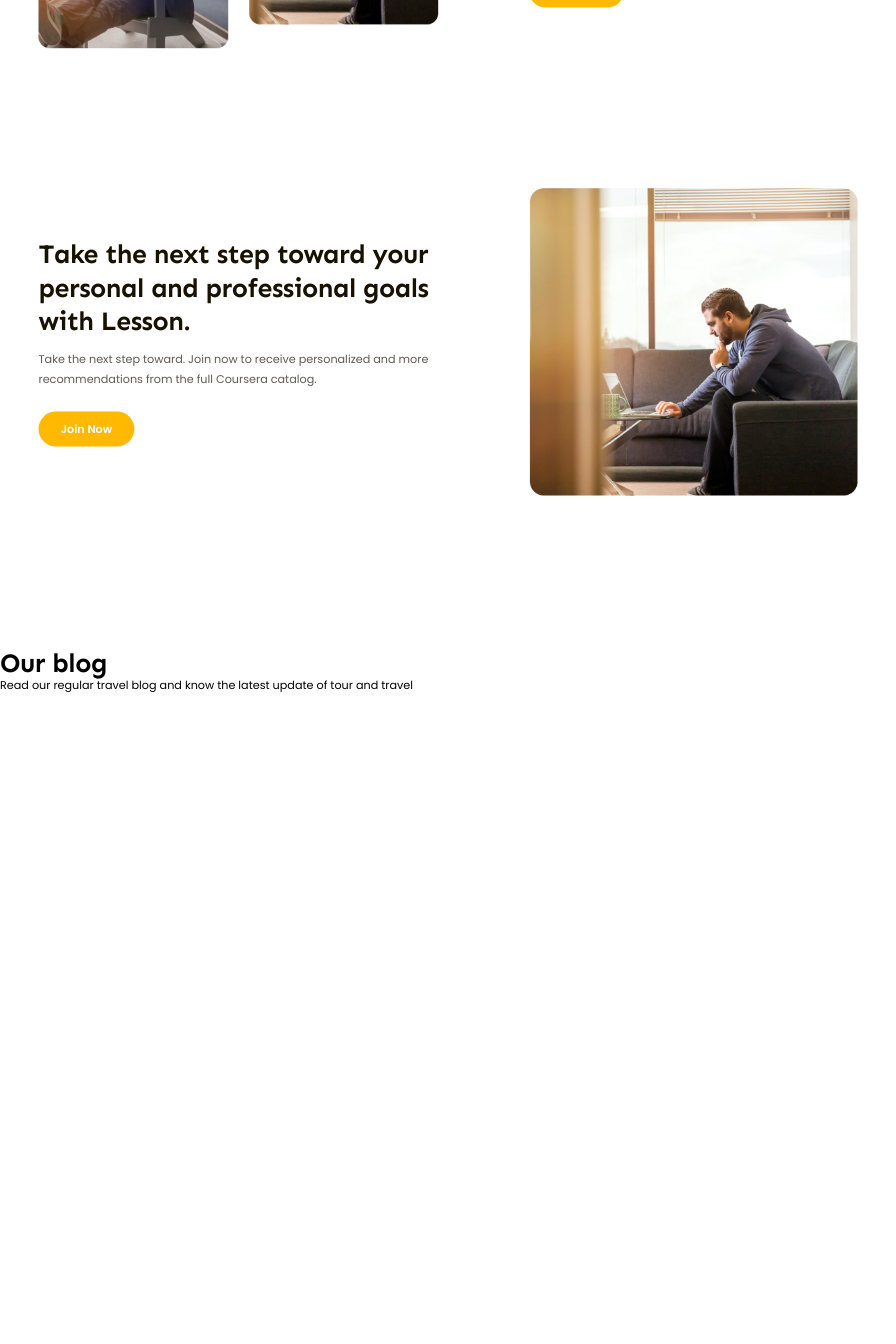
Repository: Toihoclaptrinh/duan1_figma
Page: index.html
The author's editor kept a copy of each file at every save. The page is drawn from the files as they stood at one save, then again after the next save.
The browser window is 1280 px wide. The pictures show the part of the page from y = 2917 to 4837 px (the page is 10000 px tall), at 70% of full size.

Above is the page before, as saved 2024-02-17 02:28:52.

### index.html
<!DOCTYPE html>
<html lang="en">
  <head>
    <meta charset="UTF-8" />
    <meta name="viewport" content="width=device-width, initial-scale=1.0" />
    <!-- reset css -->
    <link rel="stylesheet" href="./assets/css/reset.css" />
    <!-- embet font -->
    <link rel="preconnect" href="https://fonts.googleapis.com" />
    <link rel="preconnect" href="https://fonts.gstatic.com" crossorigin />
    <link
      href="https://fonts.googleapis.com/css2?family=Poppins:ital,wght@0,400;0,500;0,600;0,700;1,400&family=Sen:wght@700&display=swap"
      rel="stylesheet"
    />

    <!-- style css -->
    <link rel="stylesheet" href="./assets/css/style.css" />

    <title>Figma</title>
  </head>
  <body style="height: 10000px">
    <!-- header -->
    <header class="header fixed">
      <div class="main-content">
        <div class="body">
          <!-- logo -->
          <img src="./assets/icon/Lesson..svg" alt="Lesson" />
          <!-- navigation -->
          <nav class="nav">
            <ul>
              <li class="active">
                <a href="#!">Home</a>
              </li>
              <li>
                <a href="#!">Courses</a>
              </li>
              <li>
                <a href="#!">Pricing</a>
              </li>
              <li>
                <a href="#!">Reviews</a>
              </li>
            </ul>
          </nav>
          <!-- btn action -->
          <div class="action">
            <a href="#!" class="btn btn-sign-up">Sign Up</a>
          </div>
        </div>
      </div>
    </header>

    <main>
       <!-- code phần hero -->
      <div class="hero">
        <div class="main-content">
          <div class="body">
            <!-- hero left -->
            <div class="media-block">
              <img
                src="./assets/img/guy-lesson 1.jpg"
                alt="ảnh minh họa"
                class="img"
              />
              <div class="hero-summary">
                <!-- item 1 -->
                <div class="item">
                  <div class="icon">
                    <img src="./assets/icon/Design.svg" alt="icon design" />
                  </div>
                  <div class="info">
                    <p class="label">20 Courses</p>
                    <p class="title">UI/UX Design</p>
                  </div>
                </div>
                <!-- item 2 -->
                <div class="item">
                  <div class="icon icon2">
                    <img src="./assets/icon/Dev.svg" alt="icon dev" />
                  </div>
                  <div class="info">
                    <p class="label">20 Courses</p>
                    <p class="title">Development</p>
                  </div>
                </div>
                <!-- item 3 -->
                <div class="item">
                  <div class="icon icon3">
                    <img src="./assets/icon/Mark.svg" alt="icon marketing" />
                  </div>
                  <div class="info">
                    <p class="label">30 Courses</p>
                    <p class="title">Marketing</p>
                  </div>
                </div>
              </div>
            </div>
              <!-- hero-right -->
              <div class="contain-block">
                <h1 class="heading">
                  Learn without limits and spread knowledge.
                </h1>
                <p class="desc">
                  Build new skills for that “this is my year” feeling with
                  courses, certificates, and degrees from world-class
                  universities and companies.
                </p>
                <div class="cta-group">
                  <a href="#!" class="btn">See Courses</a>
                  <button class="watch-video">
                    <div class="icon">
                      <img src="./assets/icon/Polygon 2.svg" alt="play video" />
                    </div>
                    <span>Watch Video</span>
                  </button>
                </div>
                <p class="desc descRecent">Recent engagement</p>
                <p class="desc descstrong" >
                  <strong>50K</strong> Students <strong>70+</strong> Courses
                </p>
              </div>
          </div>
        </div>
        </div>
      </div>
       <!-- code phần pupular -->
      <div class="popular">
        <div class="main-content">
          <div class="pupular-top">
            <!-- khối bên trái  -->
            <div class="info">
              <h2 class="heading-lv2">Our popular courses</h2>
              <p class="desc">Build new skills with new trendy courses and shine for the next future career.</p>
            </div>
              <div class="controls">
                <button class="control-btn">
                  <svg width="8" height="14" viewBox="0 0 8 14" fill="none" xmlns="http://www.w3.org/2000/svg">
                    <path d="M7 1L1 7L7 13" stroke="currentColor" stroke-linecap="round" stroke-linejoin="round"/>
                    </svg>
                </button>
                <button class="control-btn">
                  <svg width="8" height="14" viewBox="0 0 8 14" fill="none" xmlns="http://www.w3.org/2000/svg">
                    <path d="M1 1L7 7L1 13" stroke="currentColor" stroke-linecap="round" stroke-linejoin="round"/>
                    </svg>
                </button>
              </div>
          </div>
          <div class="courses-list">
            <!-- khối thứ 1  -->
            <div class="courses-item">
              <a href="#!"><img src="./assets/img/thumb.jpg" alt="Basic web design" class="thumb"></a>
              <div class="info">
                <div class="head">
                  <h3 class="title"><a href="#!">Basic web design</a></h3>
                  <div class="rating">
                      <img src="./assets/icon/Star.svg" alt="star" class="star">
                      <span class="value">4.5</span>
                   </div>
                </div>

              <div class="desc">
                <p>Get the best course, gain knowledge and shine for your future career.</p>
              </div>
              <div class="foot">
                <span class="price">$120.75</span>
                <button class="btn">Book Now</button>
              </div>
            </div>
          </div>
            <!-- khối thứ 2 -->
            <div class="courses-item">
             <a href="#!"> <img src="./assets/img/thum2.jpg" alt="UI/UX design" class="thumb"></a>
              <div class="info">
                <div class="head">
                  <h3 class="title"><a href="#!">UI/UX design</a></h3>
                  <div class="rating">
                    <img src="./assets/icon/Star.svg" alt="star" class="star">
                      <span class="value">4.5</span>
                   </div>
                </div>

              <div class="desc">
                <p>Get the best course, gain knowledge and shine for your future career.</p>
              </div>
              <div class="foot">
                <span class="price">$120.75</span>
                <button class="btn">Book Now</button>
              </div>
            </div>
          </div>
            <!-- khối thứ 3 -->
            <div class="courses-item">
              <a href="#!"><img src="./assets/img/thumb3.png" alt="Web App design" class="thumb"></a>
              <div class="info">
                <div class="head">
                  <h3 class="title"><a href="#!">Web App design</a></h3>
                  <div class="rating">
                    <img src="./assets/icon/Star.svg" alt="star" class="star">
                      <span class="value">4.5</span>
                   </div>
                </div>
                <div class="desc">
                  <p>Get the best course, gain knowledge and shine for your future career.</p>
                </div>
                <div class="foot">
                  <span class="price">$120.75</span>
                  <button class="btn">Book Now</button>
                </div>
            </div>
          </div>
        </div>
        </div>
    </div>
      <!-- code phần feedback -->
    <div class="feedback">
        <div class="main-content">
          <div class="feedback-list">
            <!-- item 1 -->
            <div class="feedback-items">
              <!-- khối bên trái -->
                <div class="info">
                  <img src="./assets/img/avatar.jpg" alt="avatar" class="avatar">
                  <p class="name">Peter Moor</p>
                  <p class="desc">Student of Web Design</p>
                  <div class="dots">
                    <span class="dot active"></span>
                    <span class="dot"></span>
                    <span class="dot"></span>
                  </div>
                </div>
                <!-- khối bên phải -->
                <div class="describe">
                  <img src="./assets/icon/quotes.svg" alt="quotes" class="quotes">
                  <p class="desc"> Not only does my resume look impressive—filled with the names and logos of
                    world-class institutions—but these certificates also bring me closer to my career goals by
                    validating the skills I've learned." </p>
                </div>
            </div>
            <!-- item 2 -->
            <div class="feedback-items">
              <!-- khối bên trái -->
                <div class="info">
                  <img src="./assets/img/avatar.jpg" alt="avatar" class="avatar">
                  <p class="name">Peter Moor</p>
                  <p class="desc">Student of Web Design</p>
                  <div class="dots">
                    <span class="dot"></span>
                    <span class="dot active"></span>
                    <span class="dot"></span>
                  </div>
                </div>
                <!-- khối bên phải -->
                <div class="describe">
                  <img src="./assets/icon/quotes.svg" alt="quotes" class="quotes">
                  <p class="desc"> Not only does my resume look impressive—filled with the names and logos of
                    world-class institutions—but these certificates also bring me closer to my career goals by
                    validating the skills I've learned." </p>
                </div>
            </div>
            <!-- item 3 -->
            <div class="feedback-items">
              <!-- khối bên trái -->
                <div class="info">
                  <img src="./assets/img/avatar.jpg" alt="avatar" class="avatar">
                  <p class="name">Peter Moor</p>
                  <p class="desc">Student of Web Design</p>
                  <div class="dots">
                    <span class="dot"></span>
                    <span class="dot"></span>
                    <span class="dot active"></span>
                  </div>
                </div>
                <!-- khối bên phải -->
                <div class="describe">
                  <img src="./assets/icon/quotes.svg" alt="quotes" class="quotes">
                  <p class="desc"> Not only does my resume look impressive—filled with the names and logos of
                    world-class institutions—but these certificates also bring me closer to my career goals by
                    validating the skills I've learned." </p>
                </div>
            </div>
          </div>
        </div>
    </div>
    <div class="features">
      <div class="main-content">
        <div class="body">
          <div class="images">
            <img class="lower" src="./assets/img/features1.jpg" alt="minh họa">
            <img class="upper" src="./assets/img/features2.jpg" alt="minh họa">
          </div>
        <div class="contain">
          <h2 class="heading-lv2">Learner outcomes through our awesome platform</h2>
          <p class="desc">87% of people learning for professional development report career benefits like
            getting a promotion, a raise, or starting a new career.</p>
          <p class="desc">Lesson Impact Report (2022)</p>
          <a href="" class="btn">Sign Up</a>
        </div>
      </div>
      </div>
    </div>
    <div class="features2">
      <div class="main-content">
        <div class="body">
          <div class="content">
            <h2 class="f-heading">Take the next step toward your personal and professional goals with Lesson.</h2>
            <p class="desc">Take the next step toward. Join now to receive personalized  and more recommendations from the full Coursera catalog.</p>
            <a href="" class="btn">Join Now</a>
          </div>
          <img src="./assets/img/Rectangle 11.jpg" alt="minh họa" class="left-img">
        </div>
      </div>
    </div>
    <div class="blogs">
      <div class="blog-top">
        <h2 class="heading-lv2">Our blog</h2>
        <p class="desc">Read our regular travel blog and know the latest update of tour and travel</p>
      </div>
    </div>
    </main>
  </body>
</html>

### assets/css/style.css
/* font
 font-family: 'Poppins', sans-serif;
font-family: 'Sen', sans-serif;
 */

/* Phần code chung */

:root {
  --font-heading: "Sen", sans-serif;
  --primary-color: #ffb900;
}

* {
  box-sizing: border-box;
}
html {
  font-size: 62.5%;
}
body {
  font-size: 1.6rem;
  font-family: "Poppins", sans-serif;
}

a {
  text-decoration: none;
}

.heading-lv2 {
  font-family: var(--font-heading);
  font-size: 3.8rem;
  font-weight: 700;
  line-height: 1.27;
  letter-spacing: -0.76px;
}

/* code phần khối giao diện */
.main-content {
  width: 1170px;
  margin-left: auto;
  margin-right: auto;
  max-width: calc(100% - 48px);
}

/* Phần header */
.header {
  background: #fffcf4;
}
.header.fixed {
  position: sticky;
  /* phần phía trên sign up cách phía trên 8px cho bằng với phần bên dưới,nên để top -28px(36px-8),để âm 28 để cho phần
  thừa ra bị ẩn đi */
  top: -28px;
  z-index: 1;
}

.header .body {
  display: flex;
  align-items: center;
  padding: 36px 0px 8px;
}

.nav ul {
  display: flex;
}
.nav {
  margin-left: auto;
}

/* Thanh điều hướng */
.nav a {
  position: relative;
  color: #5f5b53;
  font-size: 1.6rem;
  padding: 8px 21px;
}

/* Dùng shadow tạo hiệu ứng in đậm khi hover  */
.nav li.active a,
.nav a:hover {
  color: #171100;
  text-shadow: 1px 0px 0px currentColor;
}

/* tạo dấu gạch chân dưới Home */
.nav li.active a::after {
  left: 21px;
  bottom: 6px;
  position: absolute;
  display: block;
  content: "";
  width: 12px;
  height: 2px;
  border-radius: 1px;
  background: #171100;
}

/* sign-up  */
.btn {
  display: inline-block;
  line-height: 50px;
  padding: 0 16px;
  min-width: 118px;
  color: #fff;
  text-align: center;
  font-weight: 600;
  border-radius: 999px;
  background: #171100;
}

.btn:hover {
  opacity: 0.9;
}

.header .btn-sign-up {
  min-width: 144px;
}

.header .action {
  margin-left: 49px;
}

/* phần hero  */

.hero {
  padding: 56px 0 65px;
  background-color: #fffcf4;
}

.hero .body {
  display: flex;
}

/* =========== hero left ================== */

.hero .media-block {
  width: 48%;
  position: relative;
}

.hero .media-block .img {
  width: 470px;
  height: 685px;
  object-fit: cover;
  border-radius: 20px;
}

.hero .hero-summary {
  width: 270px;
  padding: 24px;
  position: absolute;
  bottom: 48px;
  left: 300px;
  border-radius: 20px;
  background-color: #ffffff;
}

.hero-summary .item {
  display: flex;
  align-items: center;
}

.hero-summary .item + .item {
  margin-top: 22px;
}

.hero-summary .icon {
  width: 48px;
  height: 48px;
  border-radius: 50%;
  display: flex;
  justify-content: center;
  background-color: #fff9e8;
}

.hero-summary .icon2 {
  background-color: #fcefff;
}

.hero-summary .icon2 {
  background-color: #ebeaff;
}

.hero-summary .info {
  margin-left: 16px;
}

.hero-summary .info .label {
  font-size: 1.4rem;
  line-height: 1.86;
  color: #5f5b53;
}

.hero-summary .info .title {
  font-size: 1.4rem;
  color: #171100;
  line-height: 1.67;
  font-weight: 600;
}

/* =============== hero right ======= */

.hero .contain-block {
  width: 52%;
  padding-left: 130px;
  padding-top: 64px;
}

.hero .heading {
  color: #171100;
  font-family: var(--font-heading);
  font-size: 5.8rem;
  font-weight: 700;
  line-height: 1.17;
  letter-spacing: -1.16px;
}

.hero .desc {
  margin-top: 22px;
  font-size: 1.8rem;
  line-height: 1.67;
  color: #5f5b53;
}

.hero .cta-group {
  display: flex;
  margin-top: 38px;
  align-items: center;
}

.hero .btn {
  min-width: 180px;
  background-color: var(--primary-color);
  line-height: 64px;
}

.hero .watch-video {
  margin-left: 28px;
  border: none;
  background-color: transparent;
  display: flex;
  align-items: center;
  cursor: pointer;
}

.hero .watch-video .icon {
  width: 40px;
  height: 40px;
  background-color: #ffffff;
  border-radius: 40px;
  display: flex;
  align-items: center;
  justify-content: center;
  box-shadow: rgba(67, 71, 85, 0.27) 0px 0px 0.25em,
    rgba(90, 125, 188, 0.05) 0px 0.25em 1em;
}

.hero .watch-video span {
  margin-left: 14px;
  font-size: 1.8rem;
  font-weight: 600;
  line-height: 1.67;
}

.hero .descRecent {
  margin-top: 48px;
}

.hero .descstrong strong {
  font-family: var(--font-heading);
  font-size: 4.4rem;
  font-weight: 700;
  line-height: 1.23;
  color: #171100;
  margin-right: 15px;
}

.hero .descstrong {
  margin-top: 8px;
}

.hero .descstrong strong:nth-child(2) {
  margin-left: 28px;
}

.popular {
  padding: 65px 0px 55px;
  margin-top: 135px;
}

.pupular-top {
  display: flex;
  justify-content: space-between;
}

.pupular-top .desc {
  width: 458px;
  color: #5f5b53;
  font-size: 1.8rem;
  font-weight: 400;
  line-height: 1.67;
  margin-top: 16px;
}

.pupular-top .controls {
  display: flex;
  gap: 18px;
}

.pupular-top .control-btn {
  background-color: transparent;
  width: 40px;
  height: 40px;
  border: 1px solid var(--primary-color);
  border-radius: 50%;
  display: flex;
  justify-content: center;
  align-items: center;
  color: #ffb900;
}

.pupular-top .control-btn:hover {
  background-color: #ffb900;
  color: #ffffff;
  cursor: pointer;
}

.popular .courses-list {
  display: flex;
  margin-top: 55px;
  justify-content: space-between;
  gap: 30px;
}

.popular .courses-list .courses-item {
  flex: 1;
  max-width: 370px;
  height: 466px;
  border-radius: 12px;
  border: 1px solid #e2dfda;
}

.popular .courses-list .courses-item:hover {
  box-shadow: 0px 18px 36px 0px #0000000d;
  border: none;
}
.popular .courses-item .thumb {
  width: 100%;
  height: 278px;
  object-fit: cover;
}

.popular .courses-item .info {
  margin: 16px 22px 22px;
}

.popular .courses-item .head {
  display: flex;
  align-items: center;
  justify-content: space-between;
}

.popular .courses-item .title a {
  color: #171100;
  font-family: var(--font-heading);
  font-size: 1.8rem;
  font-weight: 600;
  line-height: 1.67;
}

.courses-item .head .value {
  font-size: 1.6rem;
  font-weight: 400;
  line-height: 1.75;
  color: #fea31b;
  margin-left: 6px;
}

.popular .courses-item .desc {
  font-size: 1.4rem;
  font-weight: 400;
  line-height: 1.86;
  color: #5f5b53;
  margin-top: 6px;
}

.popular .courses-item .foot {
  display: flex;
  align-items: center;
  justify-content: space-between;
  margin: 12px 0px 22px;
}

.popular .courses-item .foot .price {
  font-size: 1.8rem;
  font-weight: 600;
  line-height: 1.67;
}

.popular .courses-item .foot .btn {
  border: none;
}

.courses-item .foot .btn:hover {
  background-color: #ffb900;
  color: #ffffff;
  cursor: pointer;
}

/* code phần feedback */

.feedback {
  background-color: #2e2100;
  margin-top: 135px;
  padding: 96px 0px;
}

.feedback .feedback-list {
  display: flex;
  overflow: hidden;
}

.feedback .feedback-items {
  display: flex;
  flex-shrink: 0;
  max-width: 100%;
}

/* code khối bên trái */

/* .feedback .info {
  width: 159px;
} */

.feedback .info .avatar {
  border-radius: 50%;
  height: 72px;
  width: 72px;
  object-fit: cover;
}

.feedback .info .name {
  font-family: var(--font-heading);
  font-size: 2.4rem;
  font-weight: 700;
  line-height: 1.42;
  color: #f7f7f7;
  margin-top: 18px;
}

.feedback .info .desc {
  font-size: 1.4rem;
  font-weight: 400;
  line-height: 1.86;
  color: #bfbcb2;
  margin-top: 4px;
}

.feedback .info .dots {
  display: flex;
  width: 30px;
  gap: 6px;
  margin-top: 28px;
}

.feedback .info .dot {
  width: 6px;
  height: 6px;
  border-radius: 50%;
  background-color: #634700;
  cursor: pointer;
}

.feedback .info .dot.active {
  background-color: var(--primary-color);
  cursor: default;
}

/* code khối bên phải */
.feedback .describe {
  width: 66%;
  margin-left: 241px;
}

.feedback .describe .desc {
  font-size: 2.6rem;
  font-style: italic;
  line-height: 1.54;
  color: #ffffff;
  padding-left: 36px;
}

/* code phần features */

.features {
  margin-top: 200px;
}

.features .body {
  display: flex;
}

/* code khối bên trái */

.features .images {
  max-width: 48.72%;
  display: flex;
  gap: 30px;
}

.features .images image {
  height: 405px;
  width: 270px;
  border-radius: 16px;
  object-fit: cover;
}

.features .images .lower {
  margin-top: 34px;
}

.features .images .upper {
  margin-bottom: 34px;
}

/* code khối bên phải  */
.features .contain {
  max-width: 51.28%;
  padding-left: 130px;
}

.features .contain .heading-lv2 {
  padding-top: 58px;
}

.features .contain .desc {
  margin-top: 16px;
  font-size: 1.6rem;
  line-height: 1.75;
  color: #5f5b53;
}

.features .contain .btn {
  margin-top: 32px;
  min-width: 137px;
  background-color: #ffb900;
  color: #ffffff;
}

/* code phần features 2 */

.features2 {
  margin-top: 140px;
  padding: 60px 0px;
}

.features2 .body {
  display: flex;
}

.features2 .content {
  padding: 71px 130px 225px 0px;
}

.features2 .content .f-heading {
  color: #171100;
  font-family: var(--font-heading);
  font-size: 3.8rem;
  font-weight: 700;
  line-height: 1.26;
  letter-spacing: -0.76px;
}

.features2 .content .desc {
  color: #5f5b53;
  font-size: 1.6rem;
  font-weight: 400;
  line-height: 1.75;
  margin-top: 16px;
}

.features2 .content .btn {
  margin-top: 32px;
  min-width: 137px;
  background-color: #ffb900;
}

.features2 .left-img {
  height: 100%;
  width: 40%;
  object-fit: contain;
}

Loaded but not shown: assets/css/reset.css (common file)

After the next save:
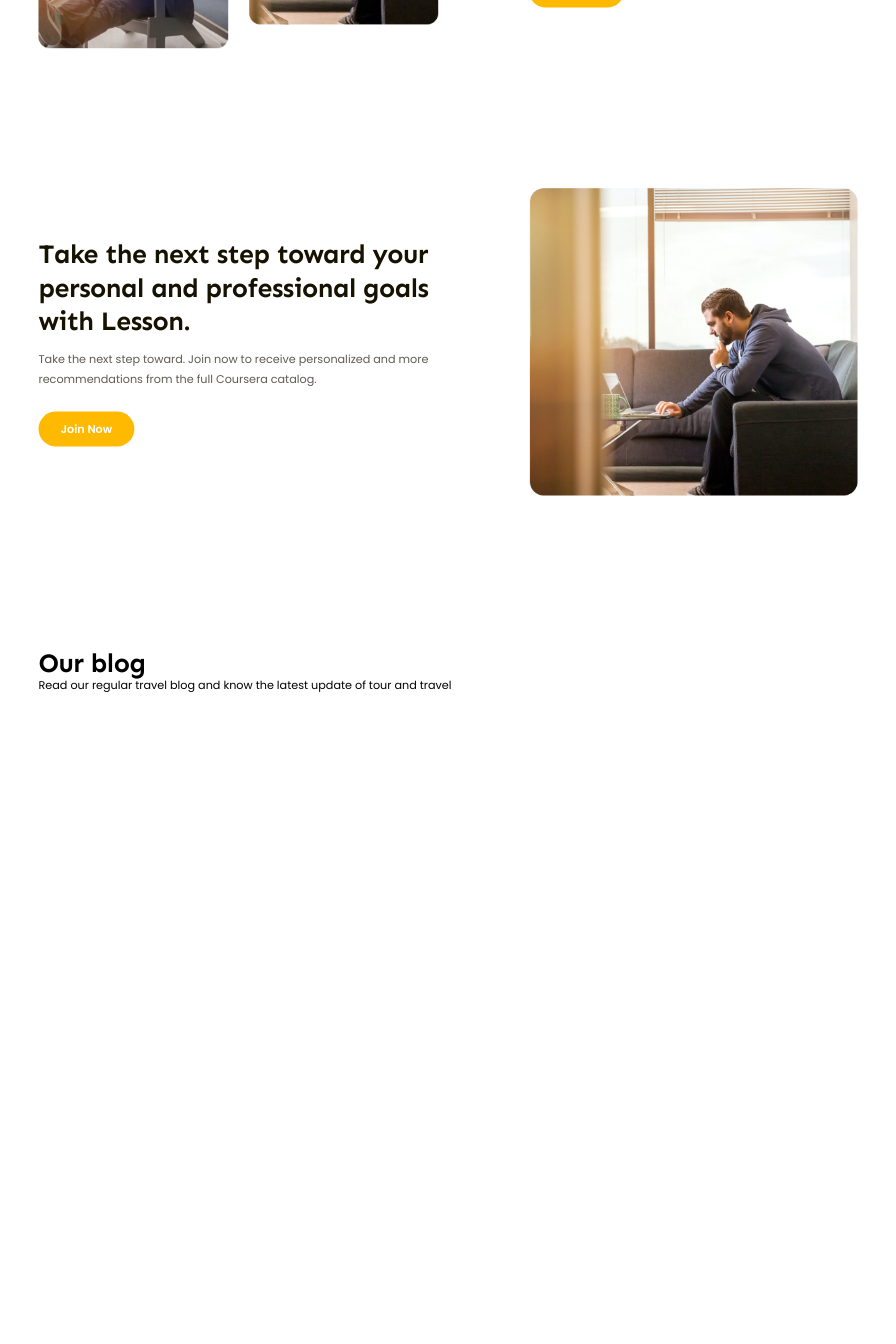
Saved 28 s later.
--- a/index.html
+++ b/index.html
@@ -311,9 +311,11 @@
       </div>
     </div>
     <div class="blogs">
-      <div class="blog-top">
-        <h2 class="heading-lv2">Our blog</h2>
-        <p class="desc">Read our regular travel blog and know the latest update of tour and travel</p>
+      <div class="main-content">
+        <div class="blog-top">
+          <h2 class="heading-lv2">Our blog</h2>
+          <p class="desc">Read our regular travel blog and know the latest update of tour and travel</p>
+        </div>
       </div>
     </div>
     </main>
